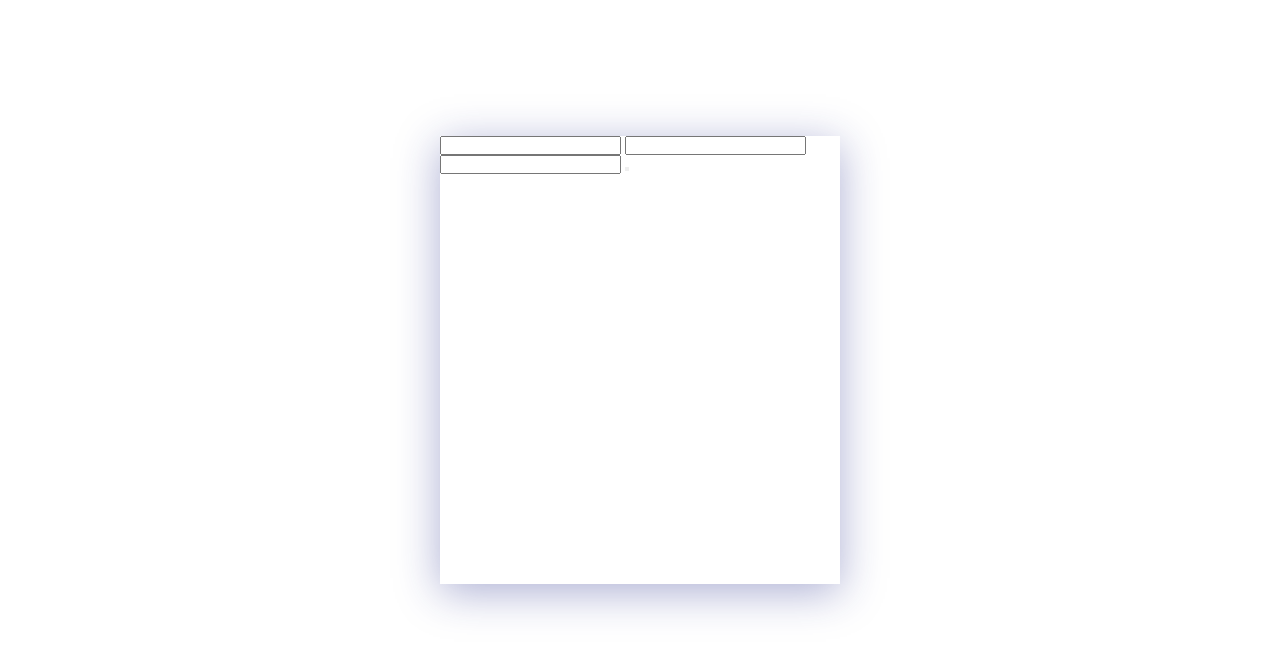
Repository: rkrukshan/Glass_Login_CSS
Page: login.html
An editor plug-in stored every save of this project. The page is shown before and after a run of saves, followed by the edit.
The browser window is 1280 px wide. The pictures show the whole page.

Above is the page before, as saved 2023-10-02 21:57:38.

### login.html
<!DOCTYPE html>
<html lang="en">
<head>
    <style>
    *
    {
        margin: 0;
        padding: 0;
        box-sizing: border-box;
        cursor: pointer;
    }
    body
    {
        height: 100vh;
        width: 100%;
        display: flex;
        justify-content: center;
        align-items: center;
    }
    form
    {
        width: 25rem;
        height: 28rem;
        flex-direction: column;
        background: rgba(255, 255, 255, 0.06);
        box-shadow: 0 8px 41px 0 rgba(31, 38, 135, .37);
        border-radius: ;
    }
    </style>
    <meta charset="UTF-8">
    <meta name="viewport" content="width=device-width, initial-scale=1.0">
    <title>Document</title>
</head>
<body>
    <form action="">
<label for=""></label>
        <input type="text">
<label for=""></label>
        <input type="text">
<label for=""></label>
        <input type="text">
        <button></button>
    </form>
</body>
</html>

After the next 2 saves:
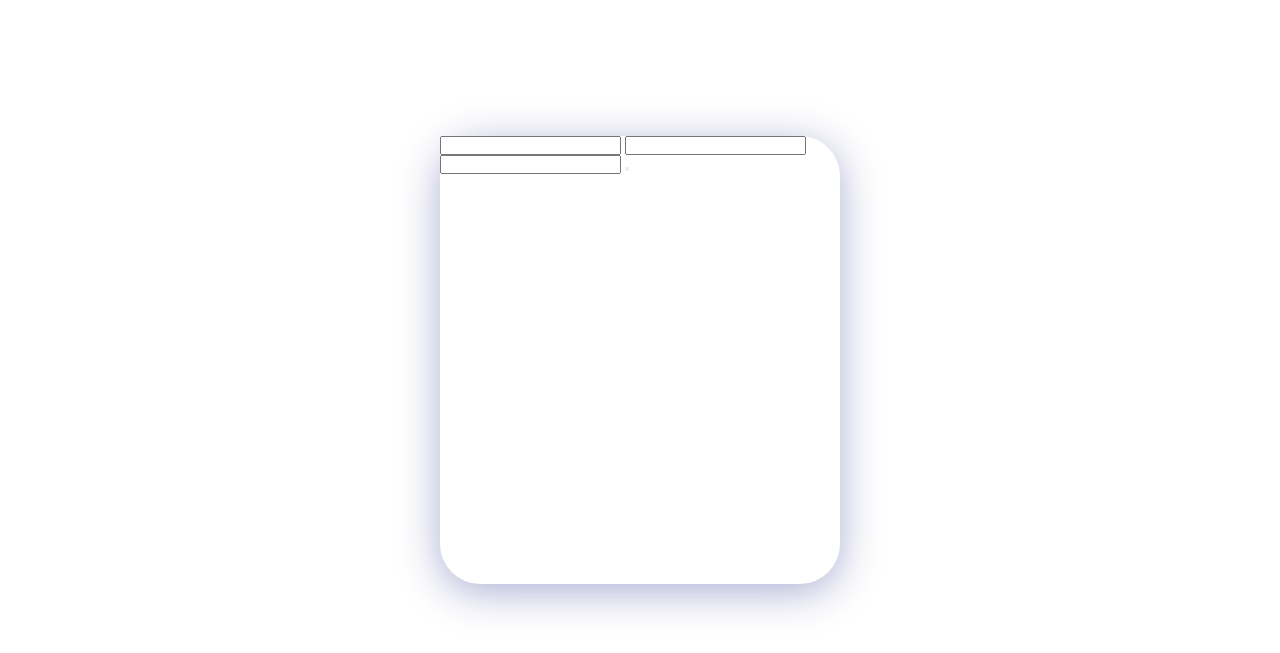
The 2 saves are shown as one change because they came seconds apart.
The last was saved 7 s later.
--- a/login.html
+++ b/login.html
@@ -24,7 +24,7 @@
         flex-direction: column;
         background: rgba(255, 255, 255, 0.06);
         box-shadow: 0 8px 41px 0 rgba(31, 38, 135, .37);
-        border-radius: ;
+        border-radius: 40px;
     }
     </style>
     <meta charset="UTF-8">
